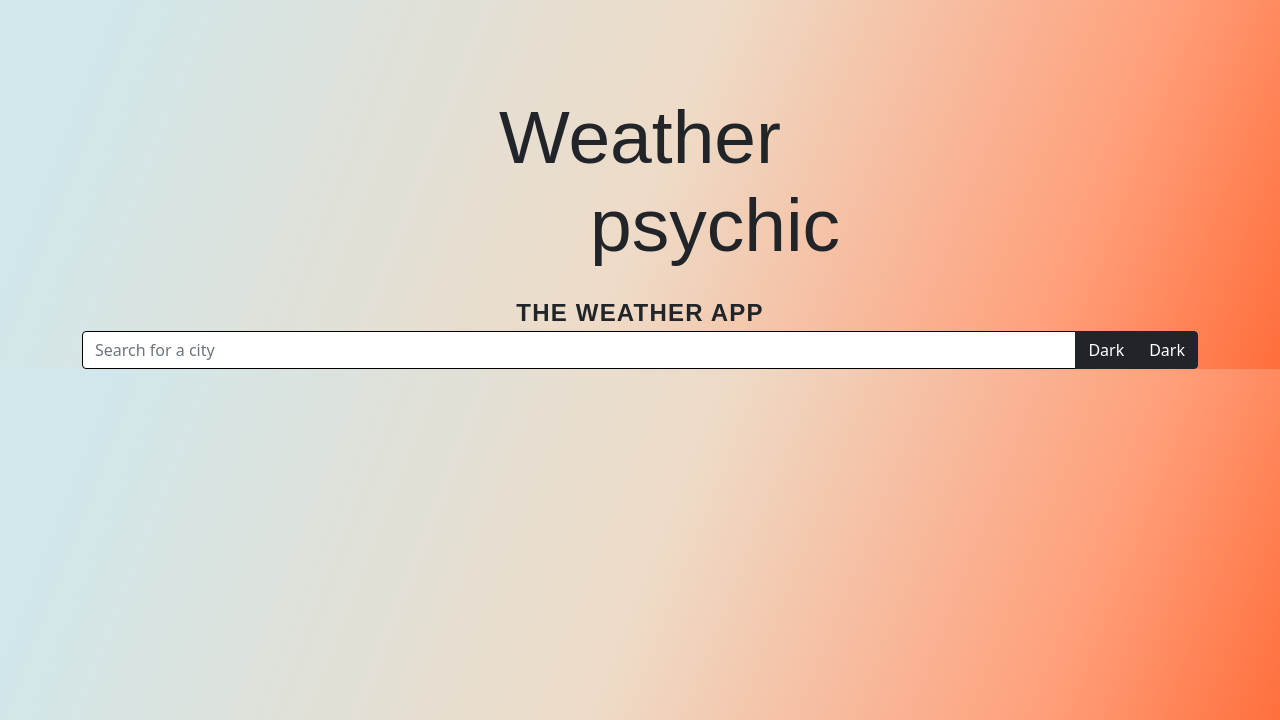
Repository: kathrin-aigner/vanilla-weather-app
Page: index.html
These files come from the project's save history. The page is drawn as it stood at one moment and after the next save; the edit follows.
The browser window is 1280 px wide. The pictures show the whole page.
Some web fonts or font styles are not loaded; a fallback is used.

Above is the page before, as saved 2022-01-24 12:43:02.

After the next save:
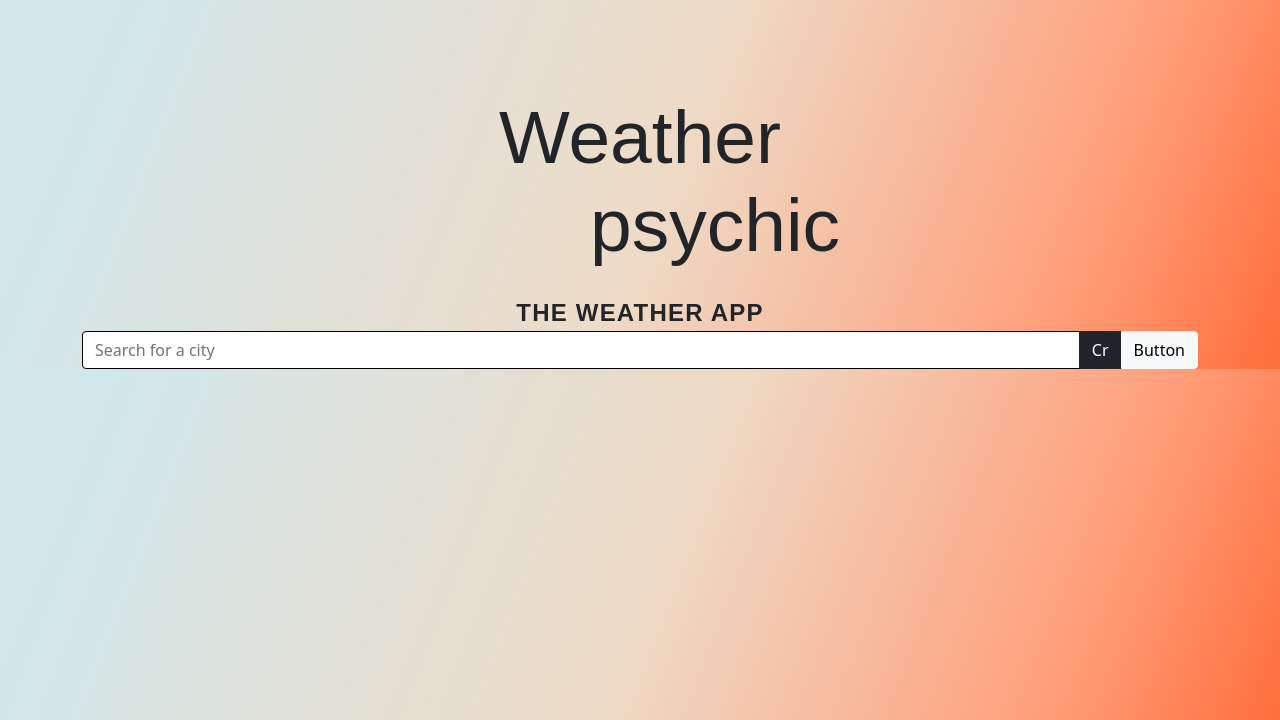
Saved 56 s later.
--- a/index.html
+++ b/index.html
@@ -35,7 +35,7 @@
       placeholder="Search for a city"
       aria-label="City search input with two Buttons"
     />
-    <button type="button" class="btn btn-dark">Dark</button>
-    <button type="button" class="btn btn-dark">Dark</button>
+    <button class="btn btn-dark" type="button">Cr</button>
+    <button class="btn btn-light" type="button">Button</button>
   </div>
 </div>
